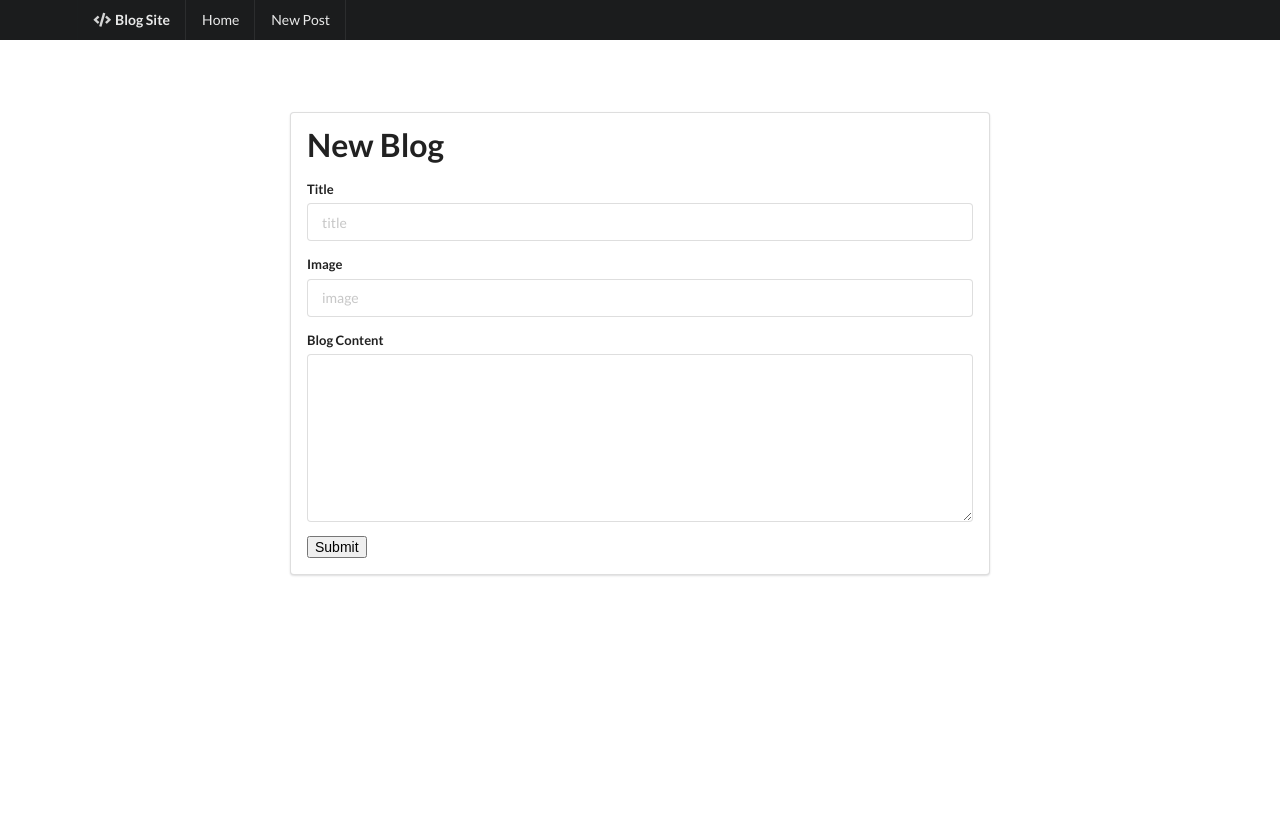
Repository: MR-TYLER31/RESTful_Blog_App
Page: http://localhost/blogs/new
The author's editor kept a record of every edit. The page is drawn from the files as they stood at one moment, then again after the next edit.
The browser window is 1280 px wide. The pictures show the whole page.
Some web libraries are served in a nearby version. The page is served by the project's Node server (app.js).

Above is the page before.

After the next edit:
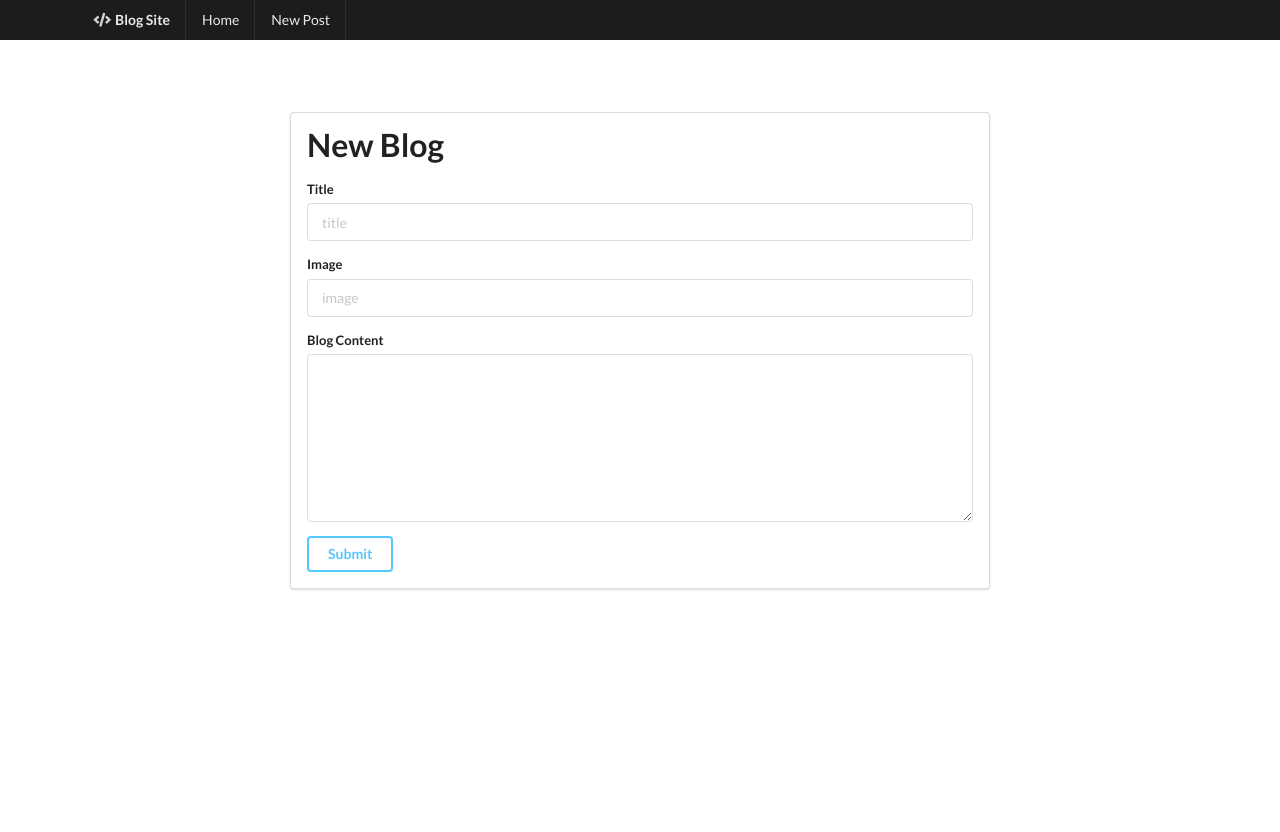
The edit:
--- a/views/new.ejs
+++ b/views/new.ejs
@@ -16,7 +16,7 @@
             <label>Blog Content</label>
             <textarea type="blog[body]"></textarea>
         </div>
-        <input type="submit"/>
+        <input class="ui inverted primary button"  type="submit"/>
     </form>
 </div>
 
